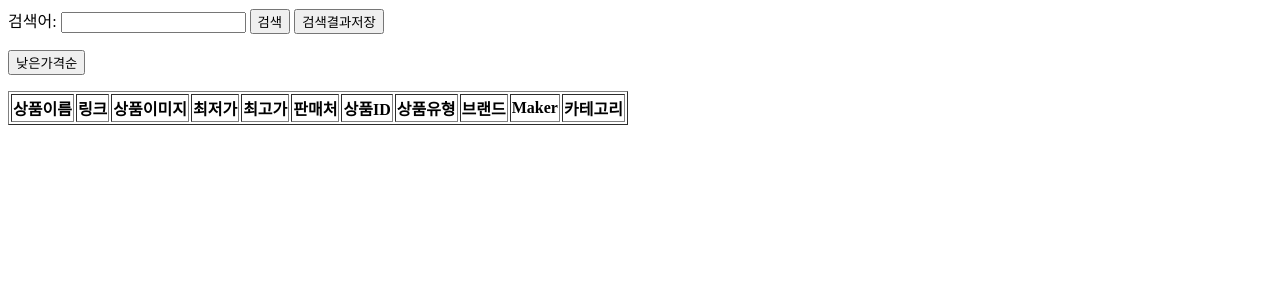
Repository: parkjiminnnn/NaverShoppingAPI
Page: http://localhost/Shop/main.jsp
An editor plug-in stored every save of this project. The page is shown before and after the next save, followed by the edit.
The browser window is 1280 px wide. The pictures show the whole page.
The page is served by Tomcat 9.

Above is the page before, as saved 2023-11-17 12:10:49.

After the next save:
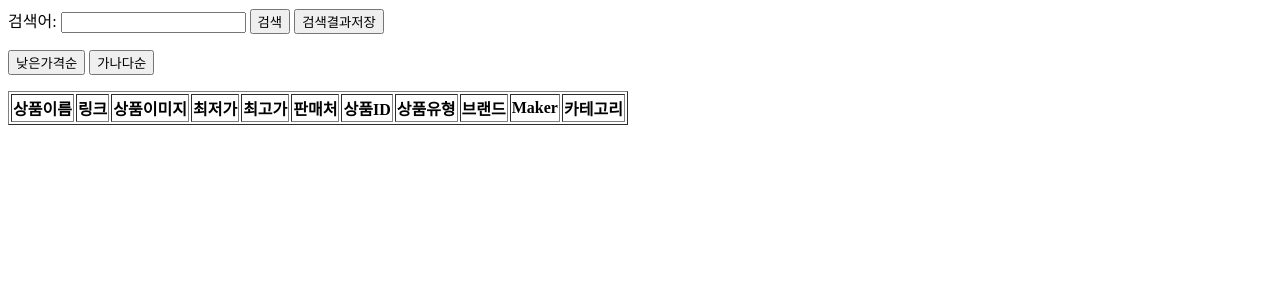
Saved 35 s later.
--- a/Shop/WebContent/main.jsp
+++ b/Shop/WebContent/main.jsp
@@ -50,7 +50,7 @@
     Collections.sort(searchResults, (data1, data2) -> Integer.compare(Integer.parseInt(data1.getLprice()), Integer.parseInt(data2.getLprice())));
    }
     //가나다순
-    if(request.getParameter("lpriceButton") != null){
+    if(request.getParameter("titleButton") != null){
     Collections.sort(searchResults, (data1, data2) -> data1.getTitle().compareTo(data2.getTitle())
     );
 
@@ -81,6 +81,7 @@
          <!-- 저장 버튼 추가 -->
     <button type="submit" name="saveButton">검색결과저장</button><p>
     <button type="submit" name="lpriceButton">낮은가격순</button>
+    <button type="submit" name="titleButton">가나다순</button>
     </form>
 
     <%-- 검색 결과 출력 --%>
